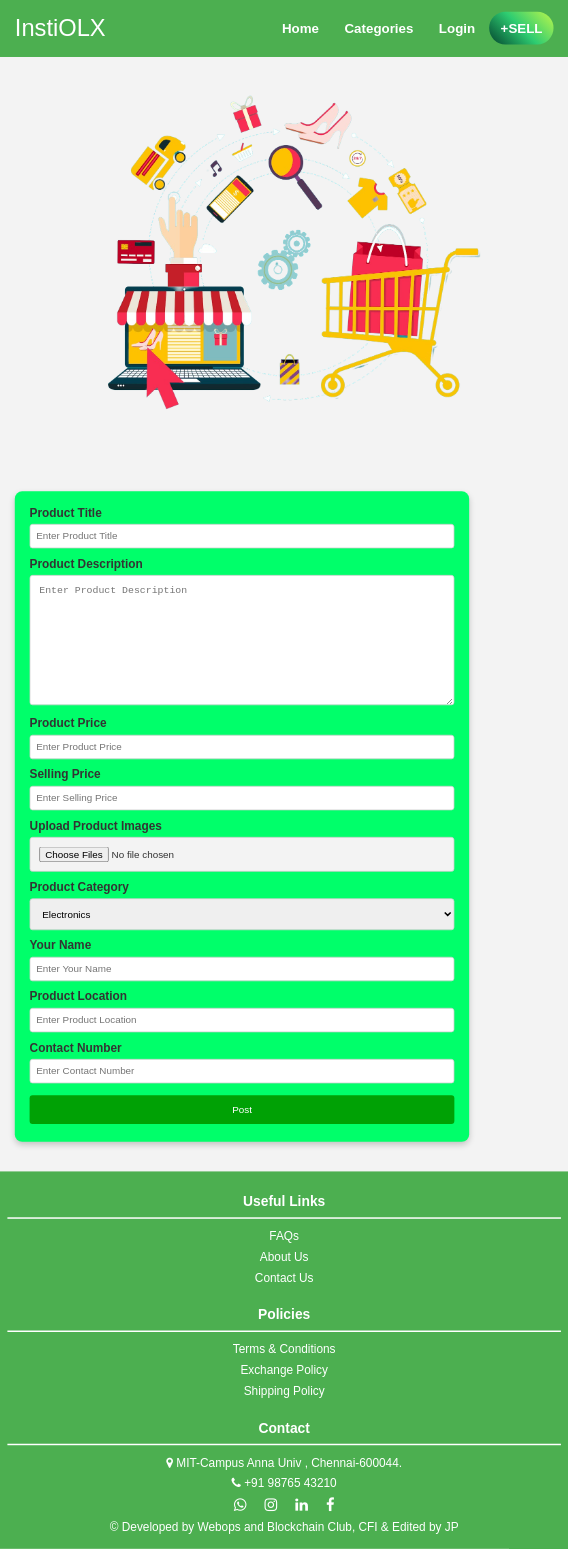
Repository: John-Prabu-A/web-dev-summer-school
Page: Session_1_Assignment/sell.html
An editor plug-in stored every save of this project. The page is shown before and after the next save, followed by the edit.
The browser window is 768 px wide. The pictures show the whole page, at 74% of full size.

Above is the page before, as saved 2024-06-20 16:01:23.

After the next save:
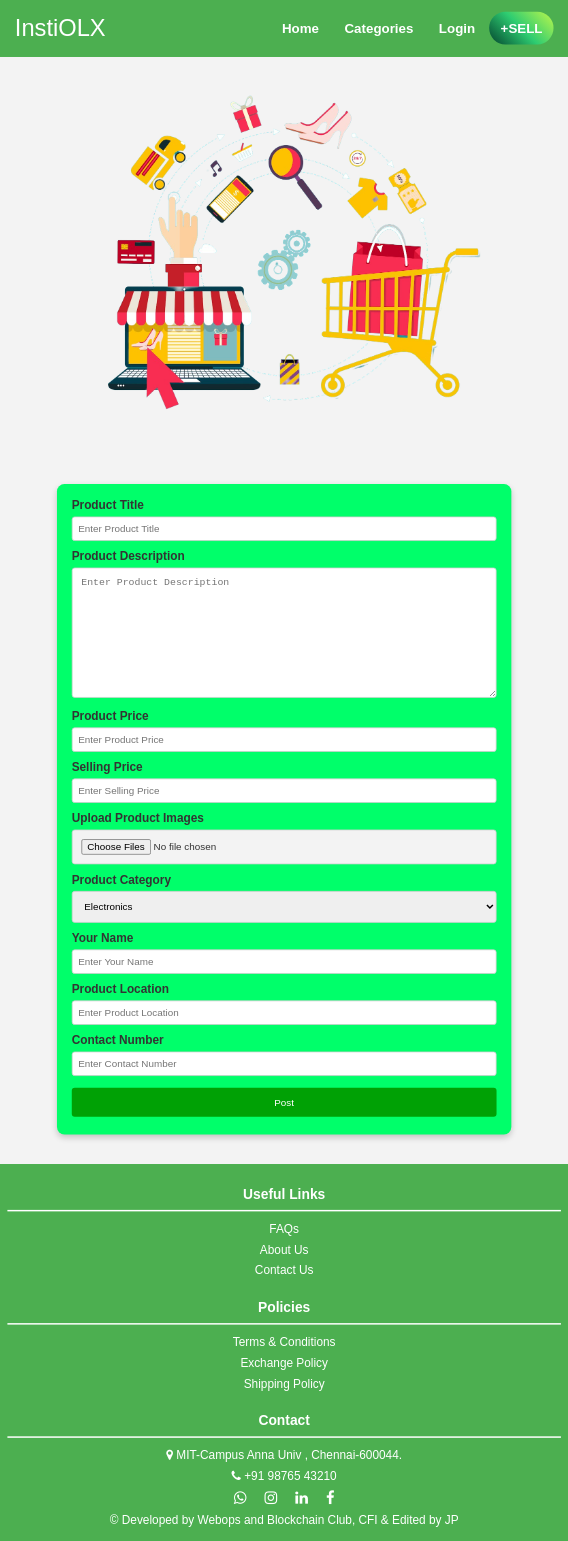
Saved 16 s later.
--- a/Session_1_Assignment/sell.html
+++ b/Session_1_Assignment/sell.html
@@ -120,6 +120,7 @@
 
     .container {
         width: 80dvw;
+        margin: 10px auto;
     }
 
 
